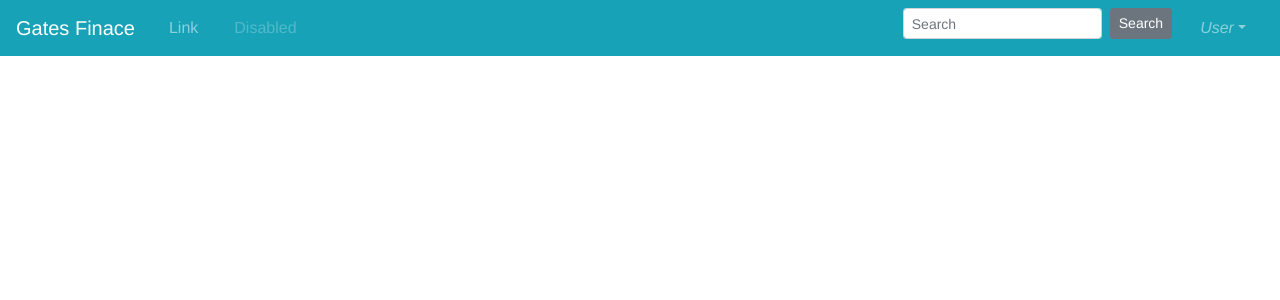
Repository: sqsssq/GatesFinace
Page: /main (app in webview/)
The author's editor kept a copy of each file at every save. The page is drawn from the files as they stood at one save, then again after the next save.
The browser window is 1280 px wide. The pictures show the whole page.
The project was rebuilt for these pictures with package versions that can differ from the ones it lists, and the page was loaded fresh each time. Also part of the build but not shown: webview/src/components/HelloWorld.vue, webview/src/views/Home.vue.

Above is the page before, as saved 2020-11-03 08:41:16.

### webview/public/index.html
<!DOCTYPE html>
<html lang="en">
  <head>
    <meta charset="utf-8">
    <meta http-equiv="X-UA-Compatible" content="IE=edge">
    <meta name="viewport" content="width=device-width,initial-scale=1.0">
    <link rel="icon" href="<%= BASE_URL %>favicon.ico">
    <title><%= htmlWebpackPlugin.options.title %></title>
    <style>
      html, body{ margin:0; height:100%; }
    </style>
  </head>
  <body>
    <noscript>
      <strong>We're sorry but <%= htmlWebpackPlugin.options.title %> doesn't work properly without JavaScript enabled. Please enable it to continue.</strong>
    </noscript>
    <div id="app"></div>
    <!-- built files will be auto injected -->
  </body>
</html>

### webview/src/main.js
import Vue from 'vue'
import App from './App.vue'
import router from './router'
import store from './store'
import ElementUI from 'element-ui'
import 'element-ui/lib/theme-chalk/index.css'
import 'element-ui/lib/theme-chalk/base.css'
import { BootstrapVue, IconsPlugin } from 'bootstrap-vue'
import 'bootstrap/dist/css/bootstrap.css'
import 'bootstrap-vue/dist/bootstrap-vue.css'

Vue.config.productionTip = false
Vue.use(ElementUI);
Vue.use(BootstrapVue);
Vue.use(IconsPlugin);

new Vue({
  router,
  store,
  render: h => h(App)
}).$mount('#app')

### webview/src/App.vue
<template>
  <div id="app">
    <!-- <div id="nav">
      <router-link to="/">Home</router-link> |
      <router-link to="/about">About</router-link>
    </div> -->
    <router-view/>
  </div>
</template>

<style lang="stylus">
#app
  font-family Avenir, Helvetica, Arial, sans-serif
  -webkit-font-smoothing antialiased
  -moz-osx-font-smoothing grayscale
  text-align center
  color #2c3e50
  margin-top 0px
  height 100%
</style>

### webview/src/router/index.js
import Vue from 'vue'
import VueRouter from 'vue-router'
import Home from '../views/Home.vue'
import Main from '../views/main.vue'

Vue.use(VueRouter)

const routes = [
  {
    path: '/',
    name: 'Home',
    component: Home
  },
  {
    path: '/about',
    name: 'About',
    // route level code-splitting
    // this generates a separate chunk (about.[hash].js) for this route
    // which is lazy-loaded when the route is visited.
    component: () => import(/* webpackChunkName: "about" */ '../views/About.vue')
  },
  {
    path: '/main',
    name: 'Main',
    component: Main
  }
]

const router = new VueRouter({
  mode: 'history',
  base: process.env.BASE_URL,
  routes
})

export default router

### webview/src/views/main.vue
<!--
 * @Author: your name
 * @Date: 2020-11-01 17:40:45
 * @LastEditTime: 2020-11-03 08:31:04
 * @LastEditors: Please set LastEditors
 * @Description: In User Settings Edit
 * @FilePath: \webview\src\views\main.vue
-->
<template>
  <div class="home" style="height: 100%">
    <!-- <img alt="Vue logo" src="../assets/logo.png"> -->
    <!-- <HelloWorld msg="Welcome to Your Vue.js App" style="height:100%"/> -->
    <v-nav style="height: 100%" />
  </div>
</template>

<script>
// @ is an alias to /src
import HelloWorld from '@/components/HelloWorld.vue'
import nav from '@/components/nav.vue'

export default {
  name: 'Home',
  components: {
    "v-nav": nav
  }
}
</script>

### webview/src/components/nav.vue
<!--
 * @Author: your name
 * @Date: 2020-10-31 09:19:12
 * @LastEditTime: 2020-11-03 08:32:14
 * @LastEditors: Please set LastEditors
 * @Description: In User Settings Edit
 * @FilePath: \webview\src\components\HelloWorld.vue
-->
<template>
<div>
  <b-navbar toggleable="lg" type="dark" variant="info">
    <b-navbar-brand href="#">Gates Finace</b-navbar-brand>

    <b-navbar-toggle target="nav-collapse"></b-navbar-toggle>

    <b-collapse id="nav-collapse" is-nav>
      <b-navbar-nav>
        <b-nav-item href="#">Link</b-nav-item>
        <b-nav-item href="#" disabled>Disabled</b-nav-item>
      </b-navbar-nav>

      <!-- Right aligned nav items -->
      <b-navbar-nav class="ml-auto">
        <b-nav-form>
          <b-form-input size="sm" class="mr-sm-2" placeholder="Search"></b-form-input>
          <b-button size="sm" class="my-2 my-sm-0" type="submit">Search</b-button>
        </b-nav-form>

        <!-- <b-nav-item-dropdown text="Lang" right>
          <b-dropdown-item href="#">EN</b-dropdown-item>
          <b-dropdown-item href="#">ES</b-dropdown-item>
          <b-dropdown-item href="#">RU</b-dropdown-item>
          <b-dropdown-item href="#">FA</b-dropdown-item>
        </b-nav-item-dropdown> -->

        <b-nav-item-dropdown right>
          <!-- Using 'button-content' slot -->
          <template #button-content>
            <em>User</em>
          </template>
          <b-dropdown-item href="#">Profile</b-dropdown-item>
          <b-dropdown-item href="#">Sign Out</b-dropdown-item>
        </b-nav-item-dropdown>
      </b-navbar-nav>
    </b-collapse>
  </b-navbar>
</div>
</template>

<script>
import axios from 'axios';
export default {
  name: 'nav',
  // props: {
  //   msg: String
  // }
  data () {
    return {
      msg: ''
    }
  },
  methods: {
    getmsg () {
      // console.log(1);
      const path = 'http://8.131.79.148:5000/';
      axios.get(path)
        .then(res => {
          console.log(res.data);
          this.msg = res.data;
        })
        .catch(error => {
          console.log(error);
        })
      // console.log(this.msg)
    },
    createLogo () {
      var c = document.getElementById("myCanvas");
      var ctx = c.getContext("2d");
      ctx.beginPath();
      ctx.strokeStyle = "#fff";
      ctx.lineWidth = "3";
      ctx.moveTo(100, 20);
      ctx.lineTo(0, 100);
      ctx.lineTo(200, 100);
      ctx.lineTo(100, 180);
      ctx.lineTo(100, 20);
      ctx.stroke();

    }
  },
  created () {
    // console.log(2);
    // this.getmsg();
  },
  mounted () {

    // this.createLogo();
  }
}
</script>

<!-- Add "scoped" attribute to limit CSS to this component only -->
<style scoped lang="stylus">
h3 {
  letter-spacing: 3px;
  color: #fff;
  font-weight: 500;
  margin-bottom: 10px;
  margin-top: 10px;
  font-size: 15px;
}

h2 {
  margin-top: 10px;
  color: #fff;
  letter-spacing: 10px;
  // font-size: 40px
  font-size: 20px;
}

ul {
  list-style-type: none;
  padding: 0;
}

li {
  display: inline-block;
  margin: 0 10px;
}

a {
  color: #42b983;
}
</style>

Loaded but not shown: webview/src/store/index.js (common file)

After the next save:
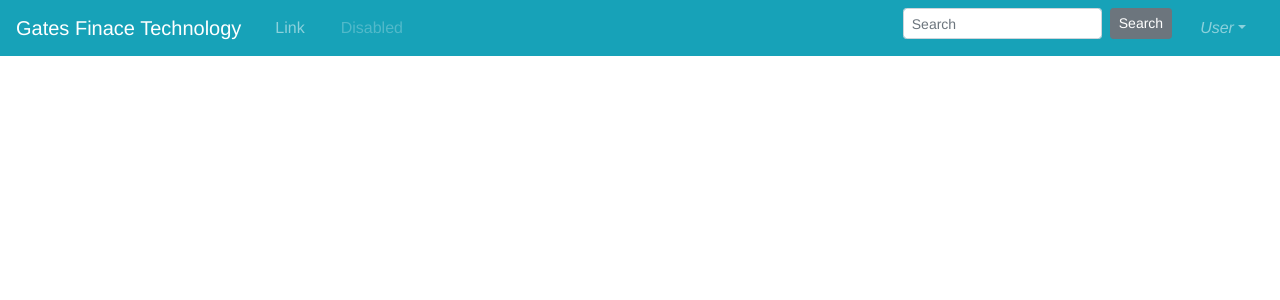
Saved 10 s later.
--- a/webview/src/components/nav.vue
+++ b/webview/src/components/nav.vue
@@ -9,7 +9,7 @@
 <template>
 <div>
   <b-navbar toggleable="lg" type="dark" variant="info">
-    <b-navbar-brand href="#">Gates Finace</b-navbar-brand>
+    <b-navbar-brand href="#">Gates Finace Technology</b-navbar-brand>
 
     <b-navbar-toggle target="nav-collapse"></b-navbar-toggle>
 
